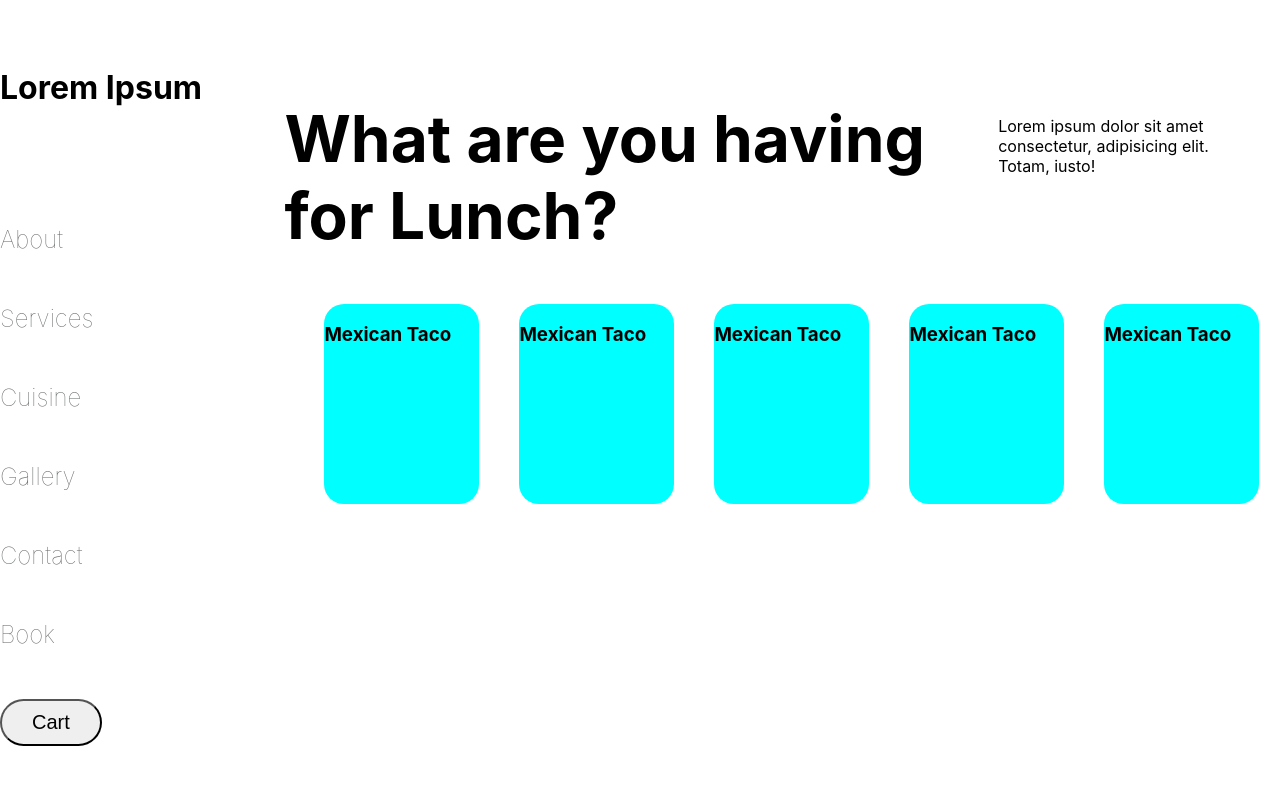
Repository: Marlstergo/assignment2
Page: /
These files come from the project's save history. The page is drawn as it stood at one moment and after the next save; the edit follows.
The browser window is 1280 px wide. The pictures show the whole page.
The project was rebuilt for these pictures with package versions that can differ from the ones it lists, and the page was loaded fresh each time.

Above is the page before, as saved 2021-07-27 02:26:26.

After the next save:
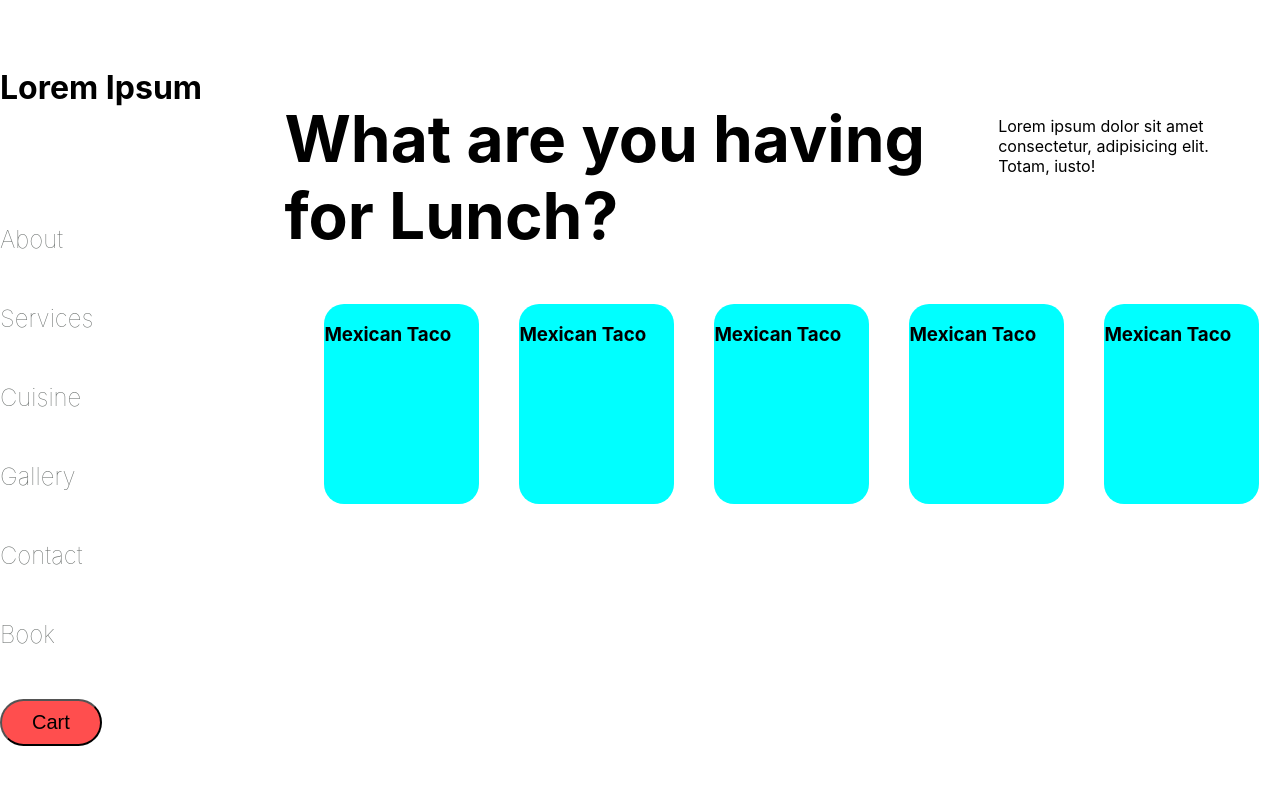
Saved 105 s later.
--- a/src/App.css
+++ b/src/App.css
@@ -76,6 +76,7 @@
   padding: 10px 30px;
   font-size: 20px;
   border-radius: 50px;
+  background-color: rgb(255,78,78);
 }
 
 .logo h1{
@@ -104,6 +105,10 @@
   padding: 0 50px;
 }
 
+.divider{
+  border-bottom: 2px;
+}
+
 .title{
   grid-column: span 6 / span 6;
   font-size: 2rem;
